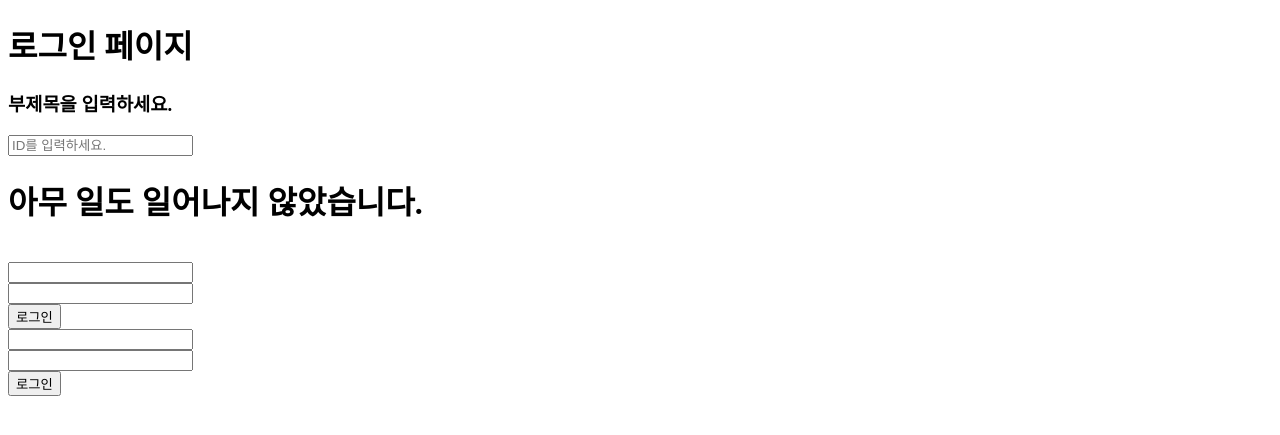
Repository: woneeseo/javastudy
Page: htmlStudy/workspace_html/HelloWorld/WebContent/c.html
An editor plug-in stored every save of this project. The page is shown before and after the next save, followed by the edit.
The browser window is 1280 px wide. The pictures show the whole page.

Above is the page before, as saved 2020-12-04 08:19:07.

### htmlStudy/workspace_html/HelloWorld/WebContent/c.html
<!DOCTYPE html>
<html>
<head>
<meta charset="UTF-8">
<title>Insert title here</title>
</head>
<body>

<h1>로그인 페이지</h1>
<!-- 헤더태그 : 제목/소제목등을 표현할 수 있음. h1~h6까지 있으며 h1이 가장 크기가 크다. -->
<h3>부제목을 입력하세요.</h3>
<!-- 보통 h3이 부제목을 입력할 때 사용하는 크기임 -->
<!-- 헤더태그는 블럭태그임 : 자동으로 줄바꿈이 일어남 -->

<input placeholder="ID를 입력하세요.">
<br>
<h1>아무 일도 일어나지 않았습니다.</h1>
<!-- placeholder는 입력창에 메세지를 남겨둘 수 있음 -->
<!-- 입력 커서가 들어가면 메세지가 사라짐 -->
<!-- 하지만 input태그는 form태그 본문 안에 있지 않으면 아무 쓸모 없음 -->
<br>

<form action="b.html">
<!-- submit으로 넘겨주는 값을 어디로 보낼것인가? form태그의 action에서 정한다 -->

	<input name="id">
	<!-- input태그에 넘겨준 데이터를 name태그와 페어링을 해 넘겨줘야 하기 때문에 -->
	<!-- input을 사용할 경우 반드시 name값을 줘야 한다 -->
	<br>
	<input type="password" name="pw">
	<br>
	<input type="submit" value="로그인">
	<!-- submit : 버튼기능. 값을 넘겨줌 -->

</form>

<form action="b.html" method="post">

<!-- 데이터 전송방식 -->
<!-- get은 URL에 쿼리스트림을 붙여서 전송 = url을 통해 노출이 됨-->
<!-- http://localhost:8089/HelloWorld/b.html?id=teacheryo&pw=123456 -->
<!-- post는 전송객체의 본문(body)에 넣어서 전송 = 보안적으로 유리 -->
<!-- http://localhost:8089/HelloWorld/b.html (쿼리스트림에 정보가 노출되지 않음) -->
<!-- post 방식은 더 많은 정보를 가지고 있을 수 있지만 get보다 속도가 느림 -->
<!-- get은 데이터를 넘겨주는 크기가 정해져있지만, post는 무한정 -->
<!-- 보안성&데이터 전송량을 생각하면 get/post를 선택할 수 있음 -->
<!-- 비교적 중요하지 않고, 데이터 전송량이 많지 않으면 get (ex.설문조사..) -->
<!-- 중요한 내용이거나 개인적인 정보가 포함 될 경우 post를 사용 (ex.회원가입..) -->

	<input name="id">
	<br>
	<input type="password" name="pw">
	<!-- password를 입력받는 input창이라면 반드시 type에 password를 입력해줘야 함 -->
	<br>
	<input type="submit" value="로그인">

</form>

</body>
</html>

After the next save:
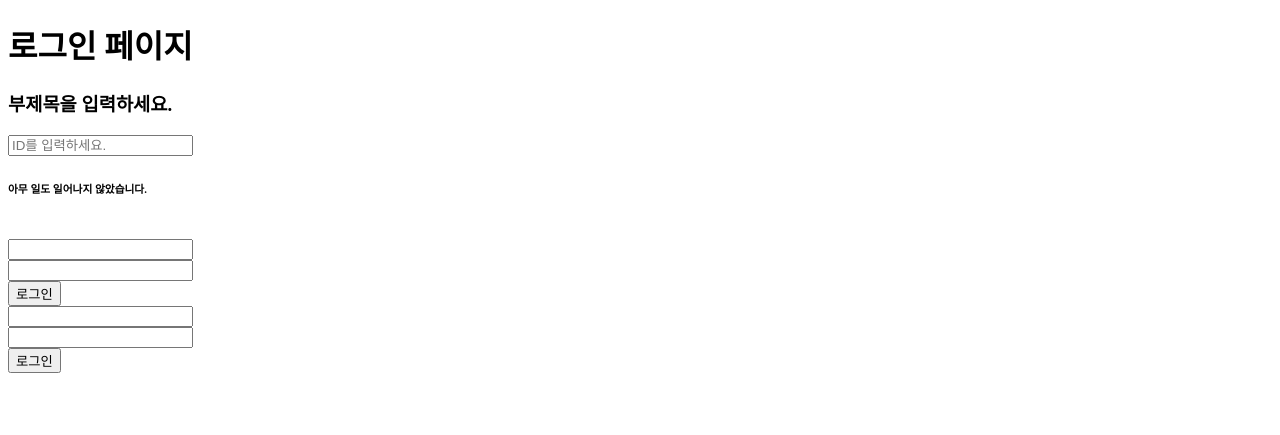
Saved 11 s later.
--- a/htmlStudy/workspace_html/HelloWorld/WebContent/c.html
+++ b/htmlStudy/workspace_html/HelloWorld/WebContent/c.html
@@ -14,7 +14,7 @@
 
 <input placeholder="ID를 입력하세요.">
 <br>
-<h1>아무 일도 일어나지 않았습니다.</h1>
+<h6>아무 일도 일어나지 않았습니다.</h6>
 <!-- placeholder는 입력창에 메세지를 남겨둘 수 있음 -->
 <!-- 입력 커서가 들어가면 메세지가 사라짐 -->
 <!-- 하지만 input태그는 form태그 본문 안에 있지 않으면 아무 쓸모 없음 -->
